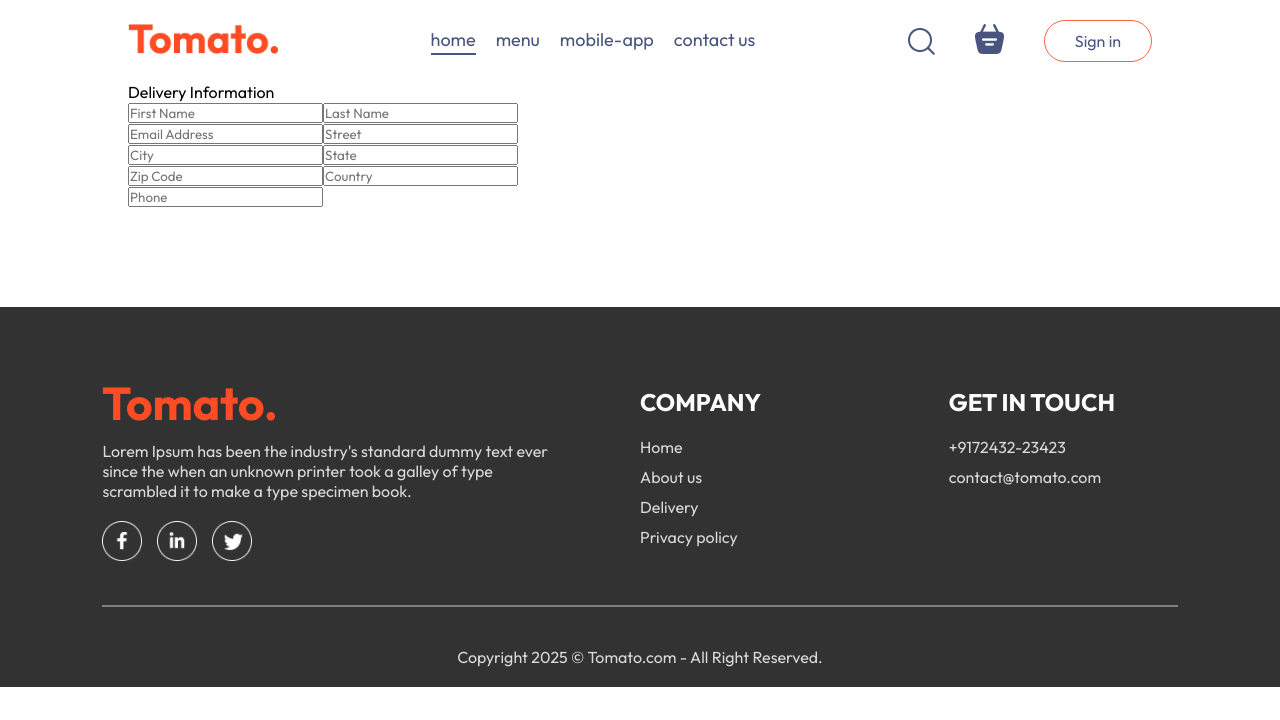
Repository: KartikChouhan03/food-delivery-app
Page: /order (app in frontend/)
The author's editor kept a copy of each file at every save. The page is drawn from the files as they stood at one save, then again after the next save.
The browser window is 1280 px wide. The pictures show the whole page.
Some web fonts or font styles are not loaded; a fallback is used. The project was rebuilt for these pictures with package versions that can differ from the ones it lists, and the page was loaded fresh each time. Also part of the build but not shown: frontend/vite.config.js, frontend/src/components/Header/Header.css, frontend/src/components/Header/Header.jsx, frontend/src/components/ExploreMenu/ExploreMenu.css, frontend/src/components/ExploreMenu/ExploreMenu.jsx, frontend/src/components/FoodDisplay/FoodDisplay.css, frontend/src/components/FoodItem/FoodItem.css, frontend/src/components/FoodItem/FoodItem.jsx and 8 more.

Above is the page before, as saved 2025-08-16 14:37:19.

### frontend/index.html
<!doctype html>
<html lang="en">
  <head>
    <meta charset="UTF-8" />
    <link rel="icon" type="image/svg+xml" href="" />
    <meta name="viewport" content="width=device-width, initial-scale=1.0" />
    <title>Foodify</title>
  </head>
  <body>
    <div id="root"></div>
    <script type="module" src="/src/main.jsx"></script>
  </body>
</html>

### frontend/src/main.jsx
import { createRoot } from 'react-dom/client'
import './index.css'
import App from './App.jsx'
import { BrowserRouter} from 'react-router-dom'
import StoreContextProvider from './context/StoreContext.jsx'


createRoot(document.getElementById('root')).render(
  <BrowserRouter>
    <StoreContextProvider>
      <App />
    </StoreContextProvider>
  </BrowserRouter>


)

### frontend/src/index.css

@import url('https://fonts.googleapis.com/css2?family=Montserrat:ital,wght@0,100..900;1,100..900&family=Outfit:wght@100..900&family=Playfair+Display:ital,wght@0,400..900;1,400..900&display=swap');


*{
  padding: 0;
  margin: 0;
  box-sizing: border-box;
  font-family: Outfit;
  scroll-behavior: smooth;
}

body{
  min-height: 100vh;
}

a{
  text-decoration: none;
  color: inherit;
}

.app{
  width: 80%;
  margin: auto;
}

@keyframes fadeIn{
  0%{
    opacity: 0;
  }
  100%{
    opacity: 1;
  }
}

### frontend/src/App.jsx
import React, { useState } from 'react'
import Navbar from './components/Navbar/Navbar'
import { Route, Routes } from 'react-router-dom'
import Home from './pages/Home/Home'
import Cart from './pages/Cart/Cart'
import PlaceOrder from './pages/PlaceOrder/PlaceOrder'
import Footer from './components/Footer/Footer'
import LoginPopup from './components/LoginPopup/LoginPopup'


const App = () => {

  const [showLogin,setShowLogin] = useState(false)


  return (
    <>
    {showLogin?<LoginPopup setShowLogin={setShowLogin}/>:<></>}
      <div className='app'>
        <Navbar setShowLogin={setShowLogin} />
        <Routes>
          <Route path="/" element={<Home />} />
          <Route path="/cart" element={<Cart />} />
          <Route path="/order" element={<PlaceOrder/>} />
        </Routes>
      </div>
      <Footer/>
    </>

  )
}

export default App

### frontend/src/context/StoreContext.jsx
import { createContext, useEffect, useState } from "react";
import { food_list } from "../assets/assets";


export const StoreContext = createContext(null)

const StoreContextProvider = (props) =>{

    const [cartItems, setCartItems] = useState({});

    const addToCart =(itemId)=>{
        if(!cartItems[itemId]){
            setCartItems((prev)=>({...prev,[itemId]:1}))
        }
        else{
            setCartItems((prev)=>({...prev,[itemId]:prev[itemId]+1}))
        }
    }

    const removeFromCart =(itemId) =>{
        setCartItems((prev)=>({...prev,[itemId]:prev[itemId]-1}))
    }


    const getTotalCartAmount =()=>{
        let totalAmount = 0;
        for(const item in cartItems){
            if(cartItems[item]>0){
                let itemInfo = food_list.find((product)=>product._id === item);
                totalAmount += itemInfo.price*cartItems[item];
            }
        }
        return totalAmount;
    }


    const contextValue = {
        food_list,
        cartItems,
        setCartItems,
        addToCart,
        removeFromCart,
        getTotalCartAmount,
    }



    return (
        <StoreContext.Provider value ={contextValue}>
            {props.children}
        </StoreContext.Provider>
    )

}

export default StoreContextProvider;

### frontend/src/components/Navbar/Navbar.jsx
import React, { useContext, useState } from 'react'
import './Navbar.css'
import {assets} from '../../assets/assets.js'
import {Link} from 'react-router-dom';
import { StoreContext } from '../../context/StoreContext.jsx';

const Navbar = ({setShowLogin}) => {

  const [menu,setMenu] = useState("home");

  const {getTotalCartAmount} = useContext(StoreContext);


  return (
    <div className='navbar'>
      <Link to='/'><img className='logo' src={assets.logo} alt="" /></Link>
      <ul className='navbar-menu'>
        <Link to='/' onClick={()=>setMenu("home")} className={menu==="home"?"active":""}>home</Link>
        <a href='#explore-menu' onClick={()=>setMenu("menu")} className={menu==="menu"?"active":""}>menu</a>
        <a href='#app-download' onClick={()=>setMenu("mobile-app")} className={menu==="mobile-app"?"active":""}>mobile-app</a>
        <a href='#footer' onClick={()=>setMenu("contact-us")} className={menu==="contact-us"?"active":""}>contact us</a>
      </ul>
      <div className="navbar-right">
        <img src={assets.search_icon} alt="" />
        <div className='navbar-search-icon'>
          <Link to='/cart'><img src={assets.basket_icon} alt="" /></Link>
          <div className={getTotalCartAmount()===0?"":"dot"}></div>
        </div>
        <button onClick={()=>setShowLogin(true)}>Sign in</button>
      </div>
    </div>
  )
}

export default Navbar

### frontend/src/pages/PlaceOrder/PlaceOrder.jsx
import React from 'react'
import './PlaceOrder.css'

const PlaceOrder = () => {
  return (
    <form className='place-order'>
      <div className="place-order-left">
        <p className='title'>Delivery Information</p>
        <div className="multi-fields">
          <input type='text' placeholder='First Name'/>
          <input type="text" placeholder='Last Name' />
        </div>
        <input type="text" placeholder='Email Address' />
        <input type="text" placeholder='Street' />
        <div className="multi-fields">
          <input type='text' placeholder='City'/>
          <input type="text" placeholder='State' />
        </div>
        <div className="multi-fields">
          <input type='text' placeholder='Zip Code'/>
          <input type="text" placeholder='Country' />
        </div>
        <input type="text" placeholder='Phone' />
      </div>
      <div className="place-order-right"></div>
    </form>
  )
}

export default PlaceOrder

### frontend/src/components/Footer/Footer.jsx
import React from 'react'
import './Footer.css'
import { assets } from '../../assets/assets'

const Footer = () => {
  return (
    <div className='footer' id='footer'>
      <div className="footer-content">
        <div className="footer-content-left">
            <img src={assets.logo} alt="" />
            <p>Lorem Ipsum has been the industry's standard dummy text ever since the when an unknown printer took a galley of type scrambled it to make a type specimen book.</p>
            <div className="footer-social-icons">
                <img src={assets.facebook_icon} alt="" />
                <img src={assets.linkedin_icon} alt="" />
                <img src={assets.twitter_icon} alt="" />
            </div>
        </div>
        <div className='footer-content-center'>
            <h2>COMPANY</h2>
            <ul>
                <li>Home</li>
                <li>About us</li>
                <li>Delivery</li>
                <li>Privacy policy</li>
            </ul>
        </div>
        <div className="footer-content-right">
            <h2>GET IN TOUCH</h2>
            <ul>
                <li>+9172432-23423</li>
                <li>contact@tomato.com</li>
            </ul>
        </div>
      </div>
      <hr />
        <p className='footer-copyright'>Copyright 2025 © Tomato.com - All Right Reserved.</p>
    </div>
  )
}

export default Footer

### frontend/src/assets/assets.js
import basket_icon from './basket_icon.png'
import logo from './logo.png'
import header_img from './header_img.png'
import search_icon from './search_icon.png'
import menu_1 from './menu_1.png'
import menu_2 from './menu_2.png'
import menu_3 from './menu_3.png'
import menu_4 from './menu_4.png'
import menu_5 from './menu_5.png'
import menu_6 from './menu_6.png'
import menu_7 from './menu_7.png'
import menu_8 from './menu_8.png'

import food_1 from './food_1.png'
import food_2 from './food_2.png'
import food_3 from './food_3.png'
import food_4 from './food_4.png'
import food_5 from './food_5.png'
import food_6 from './food_6.png'
import food_7 from './food_7.png'
import food_8 from './food_8.png'
import food_9 from './food_9.png'
import food_10 from './food_10.png'
import food_11 from './food_11.png'
import food_12 from './food_12.png'
import food_13 from './food_13.png'
import food_14 from './food_14.png'
import food_15 from './food_15.png'
import food_16 from './food_16.png'
import food_17 from './food_17.png'
import food_18 from './food_18.png'
import food_19 from './food_19.png'
import food_20 from './food_20.png'
import food_21 from './food_21.png'
import food_22 from './food_22.png'
import food_23 from './food_23.png'
import food_24 from './food_24.png'
import food_25 from './food_25.png'
import food_26 from './food_26.png'
import food_27 from './food_27.png'
import food_28 from './food_28.png'
import food_29 from './food_29.png'
import food_30 from './food_30.png'
import food_31 from './food_31.png'
import food_32 from './food_32.png'

import add_icon_white from './add_icon_white.png'
import add_icon_green from './add_icon_green.png'
import remove_icon_red from './remove_icon_red.png'
import app_store from './app_store.png'
import play_store from './play_store.png'
import linkedin_icon from './linkedin_icon.png'
import facebook_icon from './facebook_icon.png'
import twitter_icon from './twitter_icon.png'
import cross_icon from './cross_icon.png'
import selector_icon from './selector_icon.png'
import rating_starts from './rating_starts.png'
import profile_icon from './profile_icon.png'
import bag_icon from './bag_icon.png'
import logout_icon from './logout_icon.png'
import parcel_icon from './parcel_icon.png'

export const assets = {
    logo,
    basket_icon,
    header_img,
    search_icon,
    rating_starts,
    add_icon_green,
    add_icon_white,
    remove_icon_red,
    app_store,
    play_store,
    linkedin_icon,
    facebook_icon,
    twitter_icon,
    cross_icon,
    selector_icon,
    profile_icon,
    logout_icon,
    bag_icon,
    parcel_icon
}

export const menu_list = [
    {
        menu_name: "Salad",
        menu_image: menu_1
    },
    {
        menu_name: "Rolls",
        menu_image: menu_2
    },
    {
        menu_name: "Deserts",
        menu_image: menu_3
    },
    {
        menu_name: "Sandwich",
        menu_image: menu_4
    },
    {
        menu_name: "Cake",
        menu_image: menu_5
    },
    {
        menu_name: "Pure Veg",
        menu_image: menu_6
    },
    {
        menu_name: "Pasta",
        menu_image: menu_7
    },
    {
        menu_name: "Noodles",
        menu_image: menu_8
    }]

export const food_list = [
    {
        _id: "1",
        name: "Greek salad",
        image: food_1,
        price: 12,
        description: "Food provides essential nutrients for overall health and well-being",
        category: "Salad"
    },
    {
        _id: "2",
        name: "Veg salad",
        image: food_2,
        price: 18,
        description: "Food provides essential nutrients for overall health and well-being",
        category: "Salad"
    }, {
        _id: "3",
        name: "Clover Salad",
        image: food_3,
        price: 16,
        description: "Food provides essential nutrients for overall health and well-being",
        category: "Salad"
    }, {
        _id: "4",
        name: "Chicken Salad",
        image: food_4,
        price: 24,
        description: "Food provides essential nutrients for overall health and well-being",
        category: "Salad"
    }, {
        _id: "5",
        name: "Lasagna Rolls",
        image: food_5,
        price: 14,
        description: "Food provides essential nutrients for overall health and well-being",
        category: "Rolls"
    }, {
        _id: "6",
        name: "Peri Peri Rolls",
        image: food_6,
        price: 12,
        description: "Food provides essential nutrients for overall health and well-being",
        category: "Rolls"
    }, {
        _id: "7",
        name: "Chicken Rolls",
        image: food_7,
        price: 20,
        description: "Food provides essential nutrients for overall health and well-being",
        category: "Rolls"
    }, {
        _id: "8",
        name: "Veg Rolls",
        image: food_8,
        price: 15,
        description: "Food provides essential nutrients for overall health and well-being",
        category: "Rolls"
    }, {
        _id: "9",
        name: "Ripple Ice Cream",
        image: food_9,
        price: 14,
        description: "Food provides essential nutrients for overall health and well-being",
        category: "Deserts"
    }, {
        _id: "10",
        name: "Fruit Ice Cream",
        image: food_10,
        price: 22,
        description: "Food provides essential nutrients for overall health and well-being",
        category: "Deserts"
    }, {
        _id: "11",
        name: "Jar Ice Cream",
        image: food_11,
        price: 10,
        description: "Food provides essential nutrients for overall health and well-being",
        category: "Deserts"
    }, {
        _id: "12",
        name: "Vanilla Ice Cream",
        image: food_12,
        price: 12,
        description: "Food provides essential nutrients for overall health and well-being",
        category: "Deserts"
    },
    {
        _id: "13",
        name: "Chicken Sandwich",
        image: food_13,
        price: 12,
        description: "Food provides essential nutrients for overall health and well-being",
        category: "Sandwich"
    },
    {
        _id: "14",
        name: "Vegan Sandwich",
        image: food_14,
        price: 18,
        description: "Food provides essential nutrients for overall health and well-being",
        category: "Sandwich"
    }, {
        _id: "15",
        name: "Grilled Sandwich",
        image: food_15,
        price: 16,
        description: "Food provides essential nutrients for overall health and well-being",
        category: "Sandwich"
    }, {
        _id: "16",
        name: "Bread Sandwich",
        image: food_16,
        price: 24,
        description: "Food provides essential nutrients for overall health and well-being",
        category: "Sandwich"
    }, {
        _id: "17",
        name: "Cup Cake",
        image: food_17,
        price: 14,
        description: "Food provides essential nutrients for overall health and well-being",
        category: "Cake"
    }, {
        _id: "18",
        name: "Vegan Cake",
        image: food_18,
        price: 12,
        description: "Food provides essential nutrients for overall health and well-being",
        category: "Cake"
    }, {
        _id: "19",
        name: "Butterscotch Cake",
        image: food_19,
        price: 20,
        description: "Food provides essential nutrients for overall health and well-being",
        category: "Cake"
    }, {
        _id: "20",
        name: "Sliced Cake",
        image: food_20,
        price: 15,
        description: "Food provides essential nutrients for overall health and well-being",
        category: "Cake"
    }, {
        _id: "21",
        name: "Garlic Mushroom ",
        image: food_21,
        price: 14,
        description: "Food provides essential nutrients for overall health and well-being",
        category: "Pure Veg"
    }, {
        _id: "22",
        name: "Fried Cauliflower",
        image: food_22,
        price: 22,
        description: "Food provides essential nutrients for overall health and well-being",
        category: "Pure Veg"
    }, {
        _id: "23",
        name: "Mix Veg Pulao",
        image: food_23,
        price: 10,
        description: "Food provides essential nutrients for overall health and well-being",
        category: "Pure Veg"
    }, {
        _id: "24",
        name: "Rice Zucchini",
        image: food_24,
        price: 12,
        description: "Food provides essential nutrients for overall health and well-being",
        category: "Pure Veg"
    },
    {
        _id: "25",
        name: "Cheese Pasta",
        image: food_25,
        price: 12,
        description: "Food provides essential nutrients for overall health and well-being",
        category: "Pasta"
    },
    {
        _id: "26",
        name: "Tomato Pasta",
        image: food_26,
        price: 18,
        description: "Food provides essential nutrients for overall health and well-being",
        category: "Pasta"
    }, {
        _id: "27",
        name: "Creamy Pasta",
        image: food_27,
        price: 16,
        description: "Food provides essential nutrients for overall health and well-being",
        category: "Pasta"
    }, {
        _id: "28",
        name: "Chicken Pasta",
        image: food_28,
        price: 24,
        description: "Food provides essential nutrients for overall health and well-being",
        category: "Pasta"
    }, {
        _id: "29",
        name: "Buttter Noodles",
        image: food_29,
        price: 14,
        description: "Food provides essential nutrients for overall health and well-being",
        category: "Noodles"
    }, {
        _id: "30",
        name: "Veg Noodles",
        image: food_30,
        price: 12,
        description: "Food provides essential nutrients for overall health and well-being",
        category: "Noodles"
    }, {
        _id: "31",
        name: "Somen Noodles",
        image: food_31,
        price: 20,
        description: "Food provides essential nutrients for overall health and well-being",
        category: "Noodles"
    }, {
        _id: "32",
        name: "Cooked Noodles",
        image: food_32,
        price: 15,
        description: "Food provides essential nutrients for overall health and well-being",
        category: "Noodles"
    }
]

### frontend/src/components/Navbar/Navbar.css
.navbar{
    padding: 20px 0px;
    display: flex;
    justify-content: space-between;
    align-items: center;
}

.navbar .logo{
    width: 150px;
}

.navbar-menu{
    display: flex;
    list-style: none;
    gap: 20px;
    color: #49557e;
    font-size: 18px;
}

.navbar-right{
    display: flex;
    align-items: center;
    gap: 40px;
}

.navbar button{
    background: transparent;
    font-size: 16px;
    color: #49557e;
    border: 1px solid tomato;
    padding: 10px 30px;
    border-radius: 50px;
    cursor: pointer;
    transition: 0.4s;
}

.navbar button:hover{
    background-color: #fff4f2;
}

.navbar .active{
    padding-bottom: 2px;
    border-bottom: 2px solid #49557e;
}

.navbar li{
    cursor: pointer;
}

.navbar-search-icon {
    position: relative;
}

.navbar-search-icon .dot{
    position: absolute;
    min-width: 10px;
    min-height: 10px;
    background-color: tomato;
    border-radius:5px ;
    top: -8px;
    right: -8px;
}


@media (max-width: 1050px){
    .navbar .logo{
        width: 140px;
    }
    .navbar-menu{
        gap: 20px;
        font-size: 17px;
    }
    .navbar-right{
        gap: 30px;
    }
    .navbar-right img{
        width: 22px;
    }
    .navbar-right button{
        padding: 8px 25px;
    }
}

@media (max-width: 900px){
    .navbar .logo{
        width: 120px;
    }
    .navbar-menu{
        gap: 15px;
        font-size: 15px;
    }
    .navbar-right{
        gap: 20px;
    }
    .navbar-right img{
        width: 20px;
    }
    .navbar-right button{
        padding: 7px 20px;
        font-size: 15px;
    }
}

@media (max-width: 750px){
    .navbar-menu{
        display: none;
    }
}

### frontend/src/components/Footer/Footer.css
.footer{
    color: #d9d9d9;
    background-color: #323232;
    display: flex;
    flex-direction: column;
    align-items: center;
    gap: 20px;
    padding: 20px 8vw;
    padding-top: 80px ;
    margin-top: 100px ;
}

.footer-content{
    width: 100%;
    display: grid;
    grid-template-columns: 2fr 1fr 1fr;
    gap: 80px;
}

.footer-content-left, .footer-content-right, .footer-content-center{
    display: flex;
    flex-direction: column;
    align-items:start ;
    gap: 20px;
}


.footer-content-left li, .footer-content-right li , .footer-content-center li{
    list-style: none;
    margin-bottom: 10px;
    cursor: pointer;
}

.footer-content-right h2, .footer-content-center h2{
    color: white;
}


.footer-social-icons img{
    width: 40px;
    margin-right: 15px;
}

.footer hr{
    width: 100%;
    height: 2px;
    margin: 20px 0px;
    background-color: gray;
    border: none;
}

@media (max-width:750px) {
    .footer-content{
        display: flex;
        flex-direction: column;
        gap: 35px;
    }
    .footer-copyright{
        text-align: center;
    }
}

### frontend/src/pages/Cart/Cart.css
.cart{
    margin-top: 100px;

}

.cart-items-title{
    display: grid;
    grid-template-columns: 1fr 1.5fr 1fr 1fr 1fr 0.5fr;
    align-items: center;
    color: gray;
    font-size: max(1vw, 12px);
}

.cart-items-item{
    margin: 10px 0px;
    color: black;
}

.cart-items-item img{
    width: 50px;
}

.cart hr{
    height: 1px;
    background-color: #e2e2e2;
    border: none;
}

.cart-items-item .cross{
    cursor: pointer;
}



.cart-bottom{
    margin-top: 80px;
    display: flex;
    justify-content: space-between;
    gap:  max(12vw,20px);
}

.cart-total{
    flex: 1;
    display: flex;
    flex-direction: column;
    gap: 20px;
}

.cart-total-details{
    display: flex;
    justify-content: space-between;
    color: #555;

}

.cart-total hr{
    margin: 10px 0px;
}

.cart-total button{
    border: none;
    color:  white;
    background-color: tomato;
    width: max(15vw, 200px);
    padding: 12px 0px;
    border-radius: 4px;
    cursor: pointer;
}

.cart-promocode{
    flex: 1;

}

.cart-promocode p{
    color: #555;
}

.cart-promocode-input{
    margin-top: 10px;
    display: flex;
    justify-content: space-between;
    align-items: center;
    background-color: #eaeaea;
    border-radius: 4px ;

}

.cart-promocode-input input{
    background: transparent;
    border: none;
    outline: none;
    padding-left: 10px ;
}

.cart-promocode-input button{
    width: max(10vw,150px);
    padding: 12px 5px;
    background-color: black;
    border: none;
    color: white;
    border-radius: 4px;
}

@media (max-width:750px) {
    .cart-bottom{
        flex-direction: column-reverse ;

    }
    .cart-promocode{
        justify-content: start;
    }
}

Loaded but not shown: frontend/src/pages/Home/Home.css (no stored copy; drawn as an empty file)

After the next save:
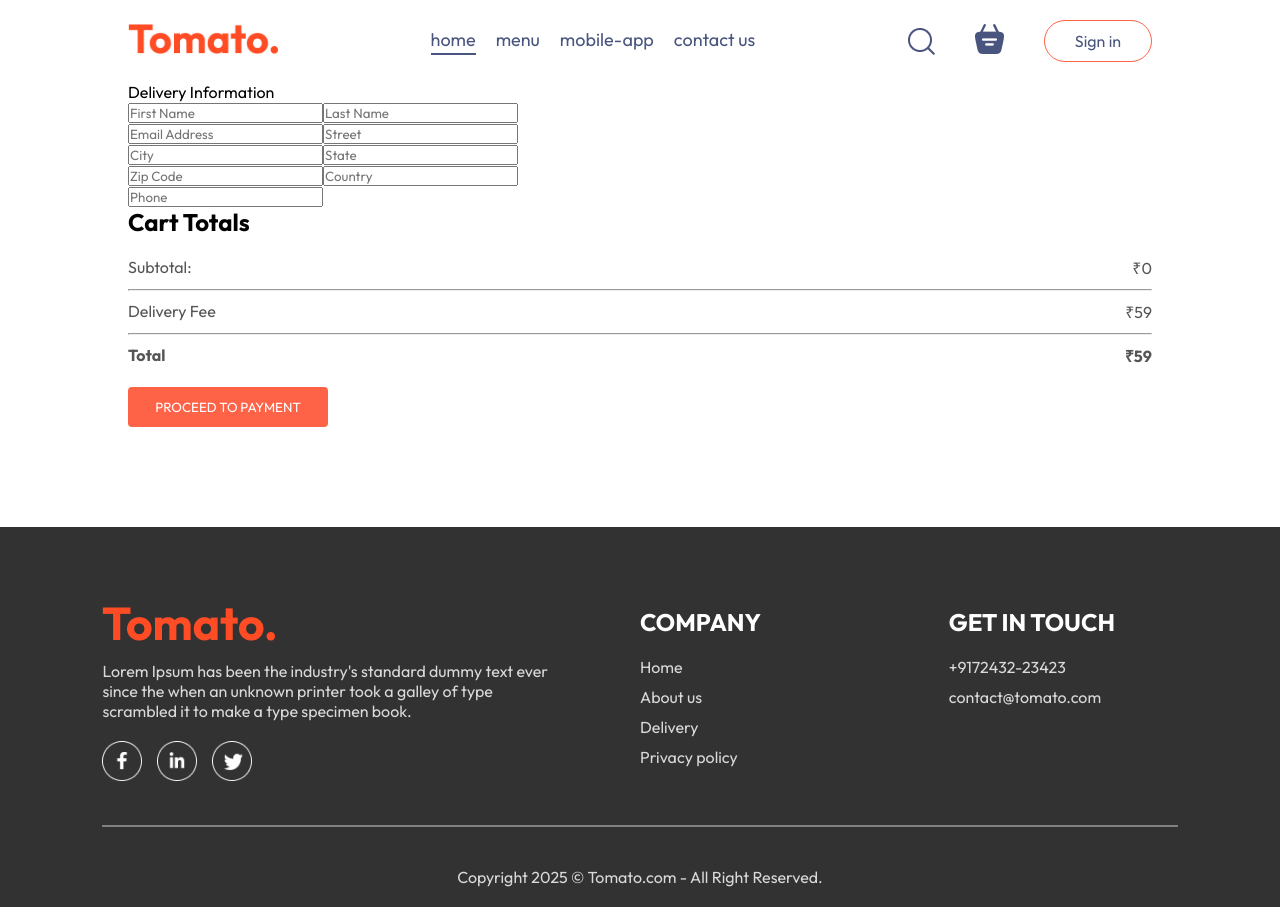
Saved 39 min 41 s later.
--- a/frontend/src/pages/PlaceOrder/PlaceOrder.jsx
+++ b/frontend/src/pages/PlaceOrder/PlaceOrder.jsx
@@ -1,7 +1,11 @@
-import React from 'react'
+import React, { useContext } from 'react'
 import './PlaceOrder.css'
+import { StoreContext } from '../../context/StoreContext'
 
 const PlaceOrder = () => {
+
+  const {getTotalCartAmount} = useContext(StoreContext);
+
   return (
     <form className='place-order'>
       <div className="place-order-left">
@@ -22,7 +26,28 @@ const PlaceOrder = () => {
         </div>
         <input type="text" placeholder='Phone' />
       </div>
-      <div className="place-order-right"></div>
+      <div className="place-order-right">
+        <div className='cart-total'>
+          <h2>Cart Totals</h2>
+          <div>
+            <div className="cart-total-details">
+              <p>Subtotal:</p>
+              <p>₹{getTotalCartAmount()}</p>
+            </div>
+            <hr />
+            <div className="cart-total-details">
+              <p>Delivery Fee</p>
+              <p>₹{59}</p>
+            </div>
+            <hr />
+            <div className="cart-total-details">
+              <b>Total</b>
+              <b>₹{getTotalCartAmount()+59}</b>
+            </div>
+          </div>
+          <button>PROCEED TO PAYMENT</button>
+        </div>
+      </div>
     </form>
   )
 }
